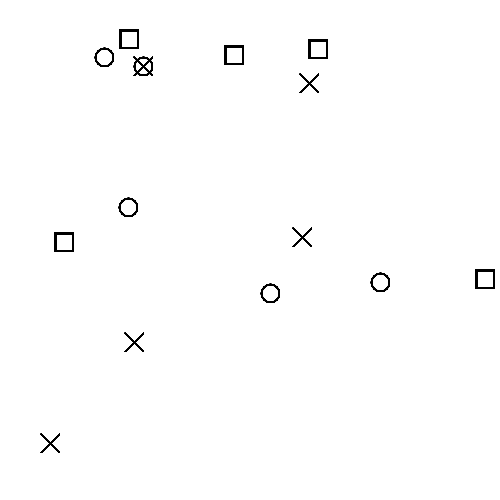
Repository: benceluzsinszky/rock-paper-scissors-simulation-pygame
Script's output: python main.py
The author's editor kept a copy of each file at every save. The script's output is drawn from the files as they stood at one save, then again after the next save.
The window is shown after at most 60 frames with no key pressed. Random numbers start from a fixed seed. It also reads sprites/paper.png, sprites/rock.png, sprites/scissors.png.

Above is the script's output before, as saved 2023-04-24 19:50:17.

After the next save:
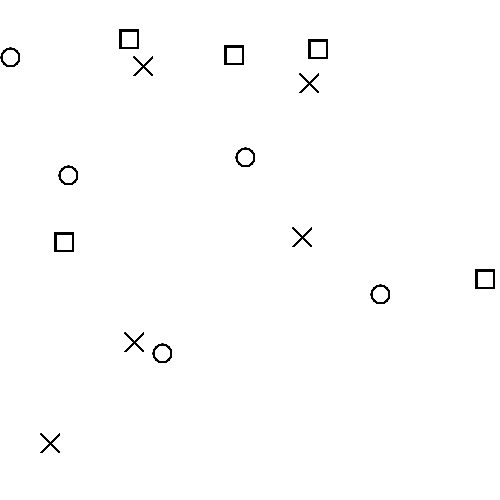
Saved 5 s later.
--- a/main.py
+++ b/main.py
@@ -49,7 +49,7 @@ class Game():
 
         for rock in self.rocks:
             rock.get_info(self.scissors, self.papers)
-            rock.eat()
+            rock.run()
 
         for group in self.sprite_groups:
             for sprite in group:
